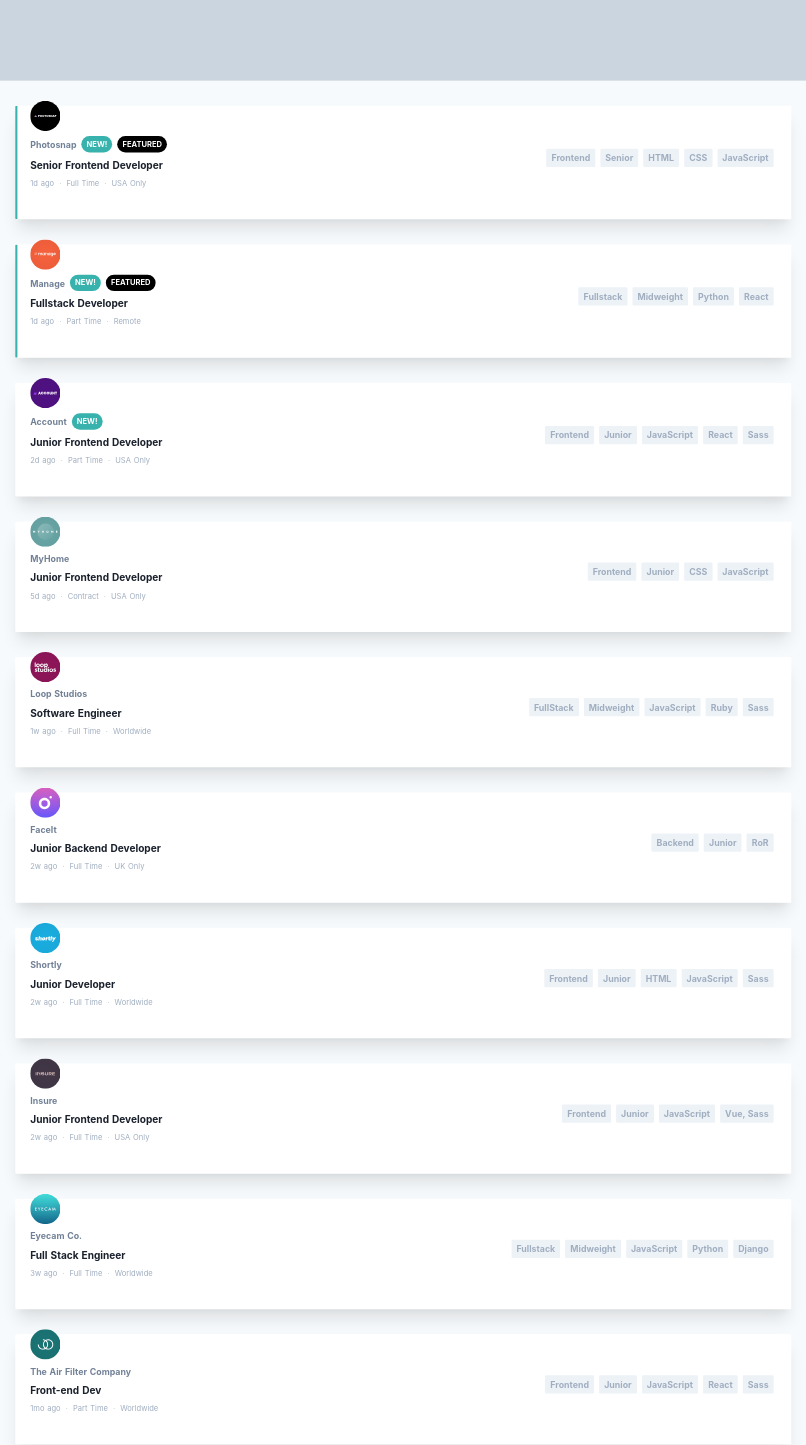
Repository: asongdon/frontendmentor-joblisting
Page: /
An editor plug-in stored every save of this project. The page is shown before and after the next save, followed by the edit.
The browser window is 1280 px wide. The pictures show the whole page, at 63% of full size.
The project was rebuilt for these pictures with package versions that can differ from the ones it lists, and the page was loaded fresh each time. The framework's server and built-in components were replaced by stand-ins that run in the browser. Also part of the build but not shown: nuxt.config.js.

Above is the page before, as saved 2020-04-12 22:29:54.

### layouts/default.vue
<template>
  <div class="h-screen">
    <Header/>
    <nuxt />
  </div>
</template>

<script>
import Header from '@/components/Header.vue'

export default {
  components: {
    Header
  },
}
</script>

<style>
html {
  font-family: 'Inter', -apple-system, BlinkMacSystemFont, 'Segoe UI',
    Roboto, 'Helvetica Neue', Arial, sans-serif;
  font-size: 16px;
  word-spacing: 1px;
  -ms-text-size-adjust: 100%;
  -webkit-text-size-adjust: 100%;
  -moz-osx-font-smoothing: grayscale;
  -webkit-font-smoothing: antialiased;
  box-sizing: border-box;
  @apply bg-gray-100;
}

*,
*:before,
*:after {
  box-sizing: border-box;
  margin: 0;
}

.button--green {
  display: inline-block;
  border-radius: 4px;
  border: 1px solid #3b8070;
  color: #3b8070;
  text-decoration: none;
  padding: 10px 30px;
}

.button--green:hover {
  color: #fff;
  background-color: #3b8070;
}

.button--grey {
  display: inline-block;
  border-radius: 4px;
  border: 1px solid #35495e;
  color: #35495e;
  text-decoration: none;
  padding: 10px 30px;
  margin-left: 15px;
}

.button--grey:hover {
  color: #fff;
  background-color: #35495e;
}
</style>

### pages/index.vue
<template>
  <div class="mt-10">
    <div class="container mx-auto px-6" v-for="item in data" :key="item.id">
      <Maincard
        :logo="item.logo"
        :company="item.company"
        :newStatus="item.new"
        :featured="item.featured"
        :position="item.position"
        :postedAt="item.postedAt"
        :contract="item.contract"
        :location="item.location"
        :languages="item.languages"
        :tools="item.tools"
        :level="item.level"
        :role="item.role"
      />
    </div>
  </div>
</template>

<script>
import Maincard from '@/components/Maincard'
import data from '@/static/data/data.json'

export default {
  components: {
    Maincard
  },
  data() {
    return {
      data
    }
  }
}
</script>

<style>
/* Sample `apply` at-rules with Tailwind CSS
.container {
  @apply min-h-screen flex justify-center items-center text-center mx-auto;
}
*/
</style>

### components/Header.vue
<template>
  <div class="w-full h-32 bg-gray-400"></div>
</template>

<script>
export default {}
</script>

<style></style>

### components/Maincard.vue
<template>
  <div
    class="flex flex-col lg:flex-row lg:justify-between flex-no-wrap rounded-sm px-5 bg-white shadow-xl py-4 mb-10 border-l-4 border-white"
    :class="{ 'border-l-4': featured, 'border-teal-500': featured }"
  >
    <!-- Info -->
    <div>
      <div class="-mt-6 mb-2">
        <img class="w-12" :src="'/logos/' + logo" alt="" />
      </div>

      <div class="flex items-center">
        <div class="text-sm font-bold text-gray-600">{{ company }}</div>
        <div class="flex text-xs font-bold">
          <div
            v-if="newStatus"
            class=" bg-teal-500 text-white rounded-full px-2 py-1 uppercase ml-2"
          >
            New!
          </div>
          <div
            v-if="featured"
            class="bg-black text-white rounded-full px-2 py-1 uppercase ml-2"
          >
            Featured
          </div>
        </div>
      </div>

      <div class="mt-2 font-bold text-gray-900">
        {{ position }}
      </div>

      <div
        class="flex text-xs mt-2 mb-4 text-gray-500 border-b border-gray-200 pb-4 lg:border-0"
      >
        <div class="mr-2">{{ postedAt }}</div>
        <div class="mr-2">·</div>
        <div class="mr-2">{{ contract }}</div>
        <div class="mr-2">·</div>
        <div>{{ location }}</div>
      </div>
    </div>
    <!-- End Info -->

    <!-- Tags -->
    <div class="flex flex-wrap justify-start lg:justify-end lg:items-center">
      <div
        class="px-2 py-1 bg-gray-200 text-gray-500 rounded-sm font-bold mr-2 mb-4 text-sm"
      >
        {{ role }}
      </div>
      <div
        class="px-2 py-1 bg-gray-200 text-gray-500 rounded-sm font-bold mr-2 mb-4 text-sm"
      >
        {{ level }}
      </div>
      <div
        v-for="tag in languages"
        :key="tag.id"
        class="px-2 py-1 bg-gray-200 text-gray-500 rounded-sm font-bold mr-2 mb-4 text-sm"
      >
        {{ tag }}
      </div>
      <div
        v-for="tool in tools"
        :key="tool.id"
        class="px-2 py-1 bg-gray-200 text-gray-500 rounded-sm font-bold mr-2 mb-4 text-sm"
      >
        {{ tool }}
      </div>
    </div>
    <!-- End Tags -->

  </div>
</template>

<script>
export default {
  props: {
    logo: String,
    company: String,
    newStatus: Boolean,
    featured: Boolean,
    position: String,
    postedAt: String,
    contract: String,
    location: String,
    languages: Array,
    tools: Array,
    level: String,
    role: String
  }
}
</script>

<style></style>

### static/data/data.json
[
  {
    "id": 1,
    "company": "Photosnap",
    "logo": "photosnap.svg",
    "new": true,
    "featured": true,
    "position": "Senior Frontend Developer",
    "role": "Frontend",
    "level": "Senior",
    "postedAt": "1d ago",
    "contract": "Full Time",
    "location": "USA Only",
    "languages": ["HTML", "CSS", "JavaScript"]
  },
  {
    "id": 2,
    "company": "Manage",
    "logo": "manage.svg",
    "new": true,
    "featured": true,
    "position": "Fullstack Developer",
    "role": "Fullstack",
    "level": "Midweight",
    "postedAt": "1d ago",
    "contract": "Part Time",
    "location": "Remote",
    "languages": ["Python"],
    "tools": ["React"]
  },
  {
    "id": 3,
    "company": "Account",
    "logo": "account.svg",
    "new": true,
    "featured": false,
    "position": "Junior Frontend Developer",
    "role": "Frontend",
    "level": "Junior",
    "postedAt": "2d ago",
    "contract": "Part Time",
    "location": "USA Only",
    "languages": ["JavaScript"],
    "tools": ["React", "Sass"]
  },
  {
    "id": 4,
    "company": "MyHome",
    "logo": "myhome.svg",
    "new": false,
    "featured": false,
    "position": "Junior Frontend Developer",
    "role": "Frontend",
    "level": "Junior",
    "postedAt": "5d ago",
    "contract": "Contract",
    "location": "USA Only",
    "languages": ["CSS", "JavaScript"]
  },
  {
    "id": 5,
    "company": "Loop Studios",
    "logo": "loop-studios.svg",
    "new": false,
    "featured": false,
    "position": "Software Engineer",
    "role": "FullStack",
    "level": "Midweight",
    "postedAt": "1w ago",
    "contract": "Full Time",
    "location": "Worldwide",
    "languages": ["JavaScript"],
    "tools": ["Ruby", "Sass"]
  },
  {
    "id": 6,
    "company": "FaceIt",
    "logo": "faceit.svg",
    "new": false,
    "featured": false,
    "position": "Junior Backend Developer",
    "role": "Backend",
    "level": "Junior",
    "postedAt": "2w ago",
    "contract": "Full Time",
    "location": "UK Only",
    "tools": ["RoR"]
  },
  {
    "id": 7,
    "company": "Shortly",
    "logo": "shortly.svg",
    "new": false,
    "featured": false,
    "position": "Junior Developer",
    "role": "Frontend",
    "level": "Junior",
    "postedAt": "2w ago",
    "contract": "Full Time",
    "location": "Worldwide",
    "languages": ["HTML", "JavaScript"],
    "tools": ["Sass"]
  },
  {
    "id": 8,
    "company": "Insure",
    "logo": "insure.svg",
    "new": false,
    "featured": false,
    "position": "Junior Frontend Developer",
    "role": "Frontend",
    "level": "Junior",
    "postedAt": "2w ago",
    "contract": "Full Time",
    "location": "USA Only",
    "languages": ["JavaScript"],
    "tools": ["Vue, Sass"]
  },
  {
    "id": 9,
    "company": "Eyecam Co.",
    "logo": "eyecam-co.svg",
    "new": false,
    "featured": false,
    "position": "Full Stack Engineer",
    "role": "Fullstack",
    "level": "Midweight",
    "postedAt": "3w ago",
    "contract": "Full Time",
    "location": "Worldwide",
    "languages": ["JavaScript", "Python"],
    "tools": ["Django"]
  },
  {
    "id": 10,
    "company": "The Air Filter Company",
    "logo": "the-air-filter-company.svg",
    "new": false,
    "featured": false,
    "position": "Front-end Dev",
    "role": "Frontend",
    "level": "Junior",
    "postedAt": "1mo ago",
    "contract": "Part Time",
    "location": "Worldwide",
    "languages": ["JavaScript"],
    "tools": ["React", "Sass"]
  }
]

Loaded but not shown: assets/css/tailwind.css (common file); tailwind.config.js (common file); store/filter.js (no copy from this time; the picture is the same without it); store/index.js (no copy from this time; the picture is the same without it)

After the next save:
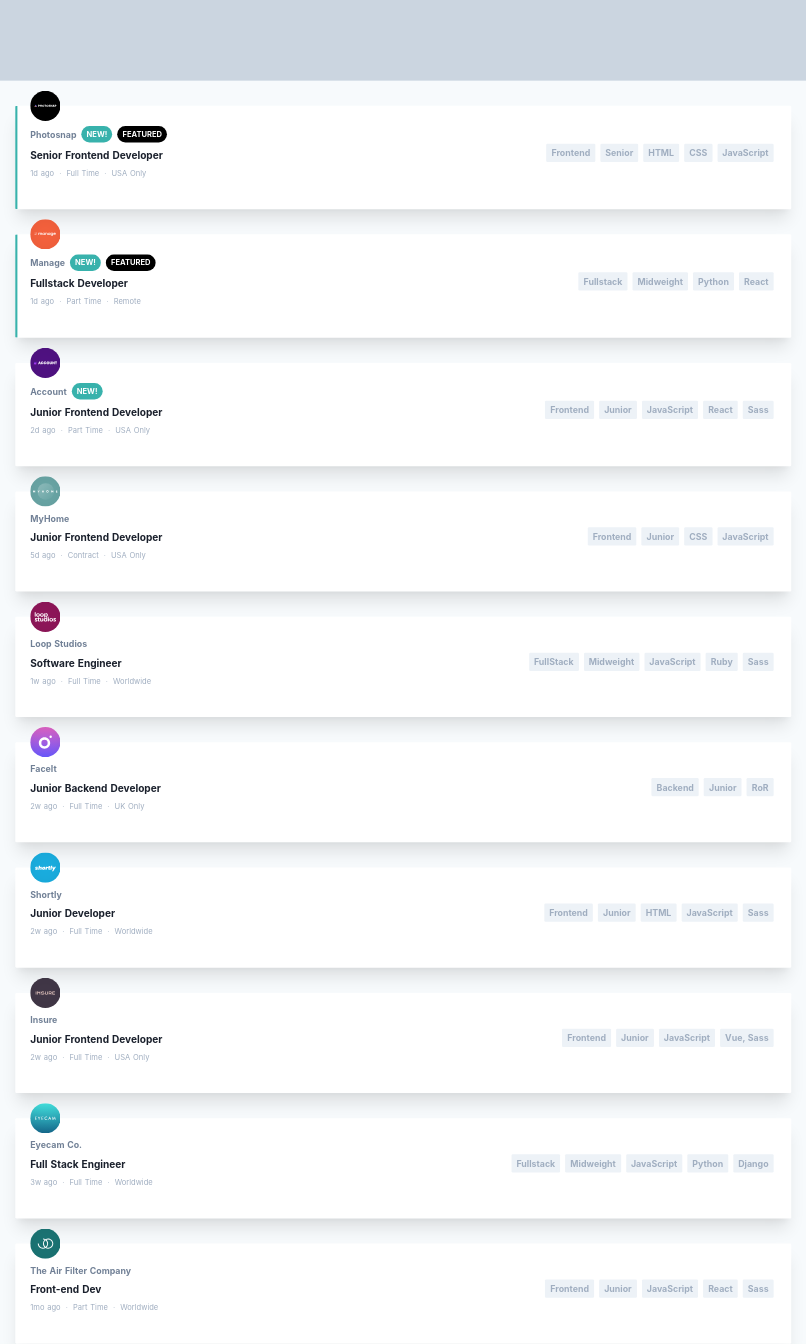
Saved 12 s later.
--- a/components/Maincard.vue
+++ b/components/Maincard.vue
@@ -5,7 +5,7 @@
   >
     <!-- Info -->
     <div>
-      <div class="-mt-6 mb-2">
+      <div class="-mt-10 mb-2">
         <img class="w-12" :src="'/logos/' + logo" alt="" />
       </div>
 
